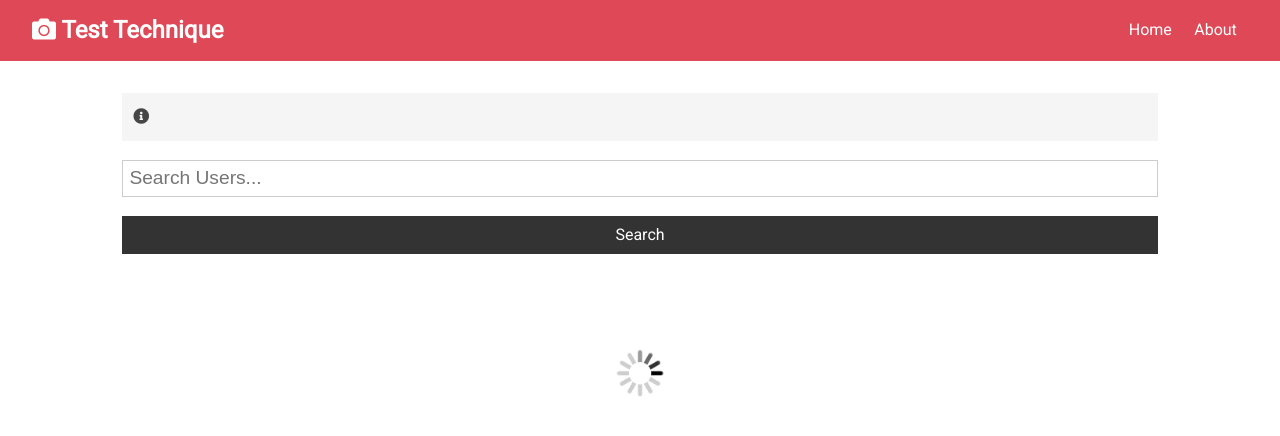
Repository: bafode/test-technique
Page: /
These files come from the project's save history. The page is drawn as it stood at one moment and after the next save; the edit follows.
The browser window is 1280 px wide. The pictures show the whole page.
The page's requests for data from a server got no answer. Some web libraries are served in a nearby version. The project was rebuilt for these pictures with package versions that can differ from the ones it lists, and the page was loaded fresh each time. No one was signed in, and anything a server would have sent is missing. Also part of the build but not shown: src/components/pictures/PictureItem.js.

Above is the page before, as saved 2023-06-17 04:51:04.

### public/index.html
<!DOCTYPE html>
<html lang="en">
  <head>
    <meta charset="utf-8" />
    <link rel="shortcut icon" href="%PUBLIC_URL%/favicon.ico" />
    <meta name="viewport" content="width=device-width, initial-scale=1" />
    <meta name="theme-color" content="#000000" />
    <link rel="manifest" href="%PUBLIC_URL%/manifest.json" />
    <link
      rel="stylesheet"
      href="https://use.fontawesome.com/releases/v5.8.2/css/all.css"
      integrity="sha384-oS3vJWv+0UjzBfQzYUhtDYW+Pj2yciDJxpsK1OYPAYjqT085Qq/1cq5FLXAZQ7Ay"
      crossorigin="anonymous"
    />

    <title>Test Tecchnique</title>
  </head>
  <body>
    <noscript>You need to enable JavaScript to run this app.</noscript>
    <div id="root"></div>
  </body>
</html>

### src/App.js
import React,{useState,useEffect} from 'react';
import { Router, Routes, Route } from 'react-router-dom'
import axios from 'axios';
import './App.css';
import Navbar from './components/layout/Navbar'
import Alert from './components/layout/Alert'
import Pictures from './components/pictures/Pictures'
import Search from './components/pictures/Search'

const App = () => {
  const [pictures, setPictures] = useState([])
  const [loading, setLoading] = useState(false)
  const [picture, setPicture] = useState({})
  const [alert, setAlert] = useState([])

  const getPictures =async() => {
    setLoading(true)
    const res = await axios.get(`https://pixabay.com/api/?key=17555297-46a99d3dc7abf78679ec9e640`)
    setPictures(res.data.hits)
    setLoading(false)
  }

  const searchPictures =async text => {
    setLoading(true)
    const res = await axios.get(`https://pixabay.com/api/?q=${text}&key=17555297-46a99d3dc7abf78679ec9e640`)
    setPicture(res.data.hits)
    setLoading(false)
  }


  const clearPictures =async text => {
    setPictures([])
    setLoading(false)
  }


  //set Alert
  const showAlert=(msg, type)=>{
    setAlert( { msg, type })

    setTimeout(()=>setAlert(null),5000)
  }

  useEffect(() => {
    getPictures()
  },[])

  return (
    <div className="App">
      <Navbar />
      <div className="container">
      <Alert alert={alert} />
        <Search
          searchPictures={searchPictures}
          clearPicture={clearPictures}
          showClear={pictures.length > 0 ? true : false}
          setAlert={showAlert}
        />
        <Pictures pictures={pictures} loading={loading} />
      </div>
    </div>
  );
}

export default App;

### src/components/layout/Navbar.js
import React from 'react'
import PropTypes from 'prop-types'
//import{Link} from 'react-router-dom'

const Navbar=({icon,title})=> {
    return (
        <nav className='navbar bg-primary'>
            <h1>
                <i className={icon}></i> {title}
            </h1>
            <ul>
                <li>
                    <a href='/'>Home</a>
                </li>
                <li>
                    <a href='/about'>About</a>
                </li>
            </ul>
      </nav>
    )

}

Navbar.defaultProps = {
    title: 'Test Technique',
    icon:'fa fa-camera'
}

Navbar.propTypes = {
    title: PropTypes.string.isRequired,
    icon:PropTypes.string.isRequired
}

export default Navbar

### src/components/layout/Alert.js
import React from 'react'

const Alert=({alert})=> {
  return alert!==null&&(
    <div className={`alert alert-${alert.type}`}>
        <i className="fas fa-info-circle"/> {alert.msg}
    </div>
  )
}

export default Alert

### src/components/pictures/Pictures.js
import React from 'react'
import PictureItem from './PictureItem'
import PropTypes from 'prop-types'
import Spinner from '../layout/Spinner'
const  Pictures=({pictures,loading})=>{

    if (loading) {
        return <Spinner/>
    } else {
        return (
            <div style={pictureStyle}>
                {pictures.map((picture) => (
                    <PictureItem key={picture.id} picture={picture}/>
                ))}
          </div>
        )
    }

  }


const pictureStyle = {
    display: 'grid',
    gridTemplateColumns: 'repeat(3,1fr)',
    gridGap:'1rem'
}
Pictures.propTypes = {
    loading: PropTypes.bool.isRequired,
    pictures:PropTypes.array.isRequired,
}
export default Pictures

### src/components/pictures/Search.js
import React, { useState } from 'react'
import PropTypes from 'prop-types'
const Search = ({showClear,clearPicture,setAlert,searchPictures}) => {
    const [text,setText]=useState("")



    const onSubmit=(e)=> {
        e.preventDefault();
        if (text === '') {
            setAlert('Please enter something', 'light')
        } else {
            searchPictures(text)
             setText('')
        }
    }
    const onChange = (e) => {
        setText(e.target.value)
    }

    return (
        <div>
            <form onSubmit={onSubmit} className="from">
                <input type="text" name="text" placeholder='Search Users...' value={text} onChange={onChange} />
                <input type="submit" value="Search" className='btn btn-dark btn-block' />
            </form>
            {showClear&&<button className="btn btn-light btn-block" onClick={clearPicture}>Clear</button>}
      </div>
    )
  }


Search.propTypes = {
    searchPictures: PropTypes.func.isRequired,
    clearPicture: PropTypes.func.isRequired,
    showClear:PropTypes.bool.isRequired,
}

export default Search

### src/components/layout/Spinner.js
import React, { Fragment } from 'react'
import spinner from './spinner.gif'

const Spinner = () => {
  return (
    <Fragment>
          <img src={spinner} alt='Loading...' style={{width:'200px',margin:'auto',display:'block'}}/>
    </Fragment>
  )
}

export default Spinner

Loaded but not shown: src/index.js (common file); src/App.css (common file)

After the next save:
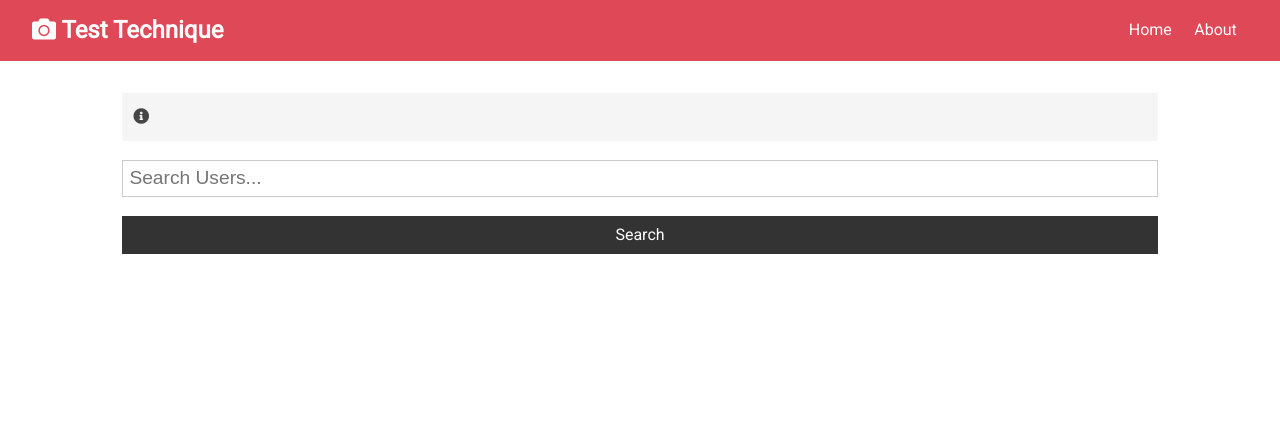
Saved 2 min 14 s later.
--- a/src/App.js
+++ b/src/App.js
@@ -13,12 +13,12 @@
   const [picture, setPicture] = useState({})
   const [alert, setAlert] = useState([])
 
-  const getPictures =async() => {
-    setLoading(true)
-    const res = await axios.get(`https://pixabay.com/api/?key=17555297-46a99d3dc7abf78679ec9e640`)
-    setPictures(res.data.hits)
-    setLoading(false)
-  }
+  // const getPictures =async() => {
+  //   setLoading(true)
+  //   const res = await axios.get(`https://pixabay.com/api/?key=17555297-46a99d3dc7abf78679ec9e640`)
+  //   setPictures(res.data.hits)
+  //   setLoading(false)
+  // }
 
   const searchPictures =async text => {
     setLoading(true)
@@ -41,9 +41,9 @@
     setTimeout(()=>setAlert(null),5000)
   }
 
-  useEffect(() => {
-    getPictures()
-  },[])
+  // useEffect(() => {
+  //   getPictures()
+  // },[])
 
   return (
     <div className="App">
